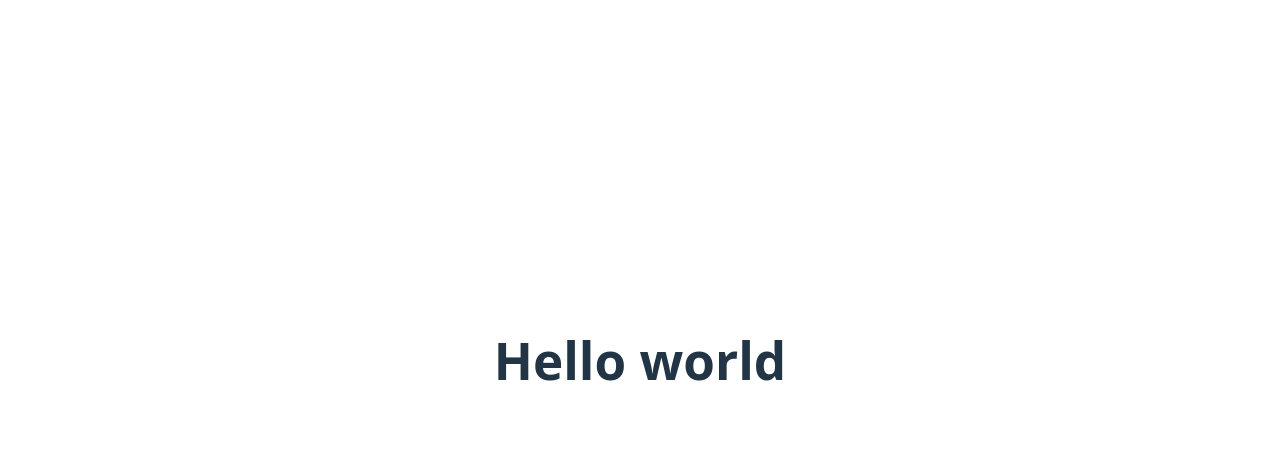
Repository: Janum4444/React-learning
Page: /
The author's editor kept a copy of each file at every save. The page is drawn from the files as they stood at one save, then again after a run of saves.
The browser window is 1280 px wide. The pictures show the whole page.
The project was rebuilt for these pictures with package versions that can differ from the ones it lists, and the page was loaded fresh each time. Also part of the build but not shown: vite.config.js.

Above is the page before, as saved 2026-02-21 19:29:09.

### src/App.jsx

import './App.css'
import user from './UserProfile.jsx'

function App() {

  return (
    <>
      <div>
        <h1> Hello world</h1>
        <user />
      </div>
    </>
  )
}

export default App

### src/UserProfile.jsx


function UserProfile() {
    return (
        <div>
            <h1> User Profile </h1>
        </div>
    )
}

export default UserProfile

Loaded but not shown: src/main.jsx (common file); src/index.css (common file); src/App.css (common file)

After the next 2 saves:
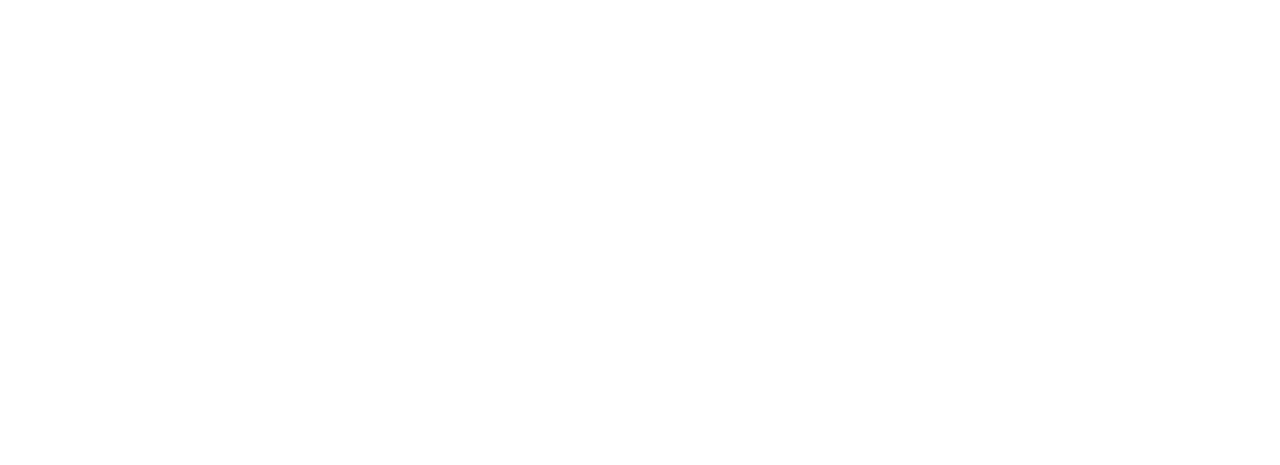
Console error: ReferenceError: UserProfile is not defined
The 2 saves are shown as one change because 1 did not build or start.
The last was saved 39 s later.
--- a/src/App.jsx
+++ b/src/App.jsx
@@ -1,6 +1,5 @@
 
 import './App.css'
-import user from './UserProfile.jsx'
 
 function App() {
 
@@ -8,7 +7,7 @@
     <>
       <div>
         <h1> Hello world</h1>
-        <user />
+        <UserProfile />
       </div>
     </>
   )

After the save that followed:
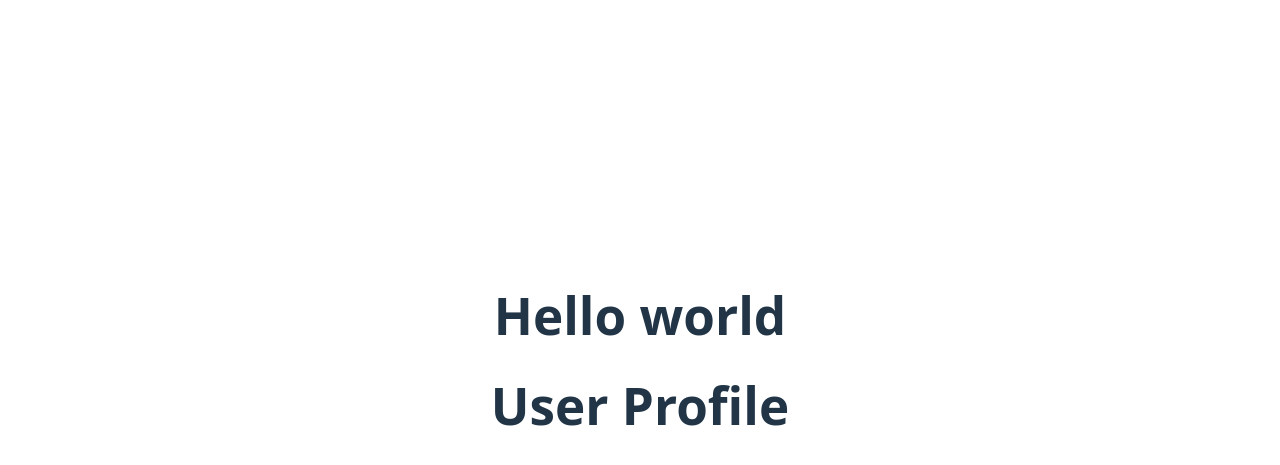
The error is gone.
Saved 10 s later.
--- a/src/App.jsx
+++ b/src/App.jsx
@@ -1,5 +1,6 @@
 
 import './App.css'
+import UserProfile from './UserProfile.jsx'
 
 function App() {
 
